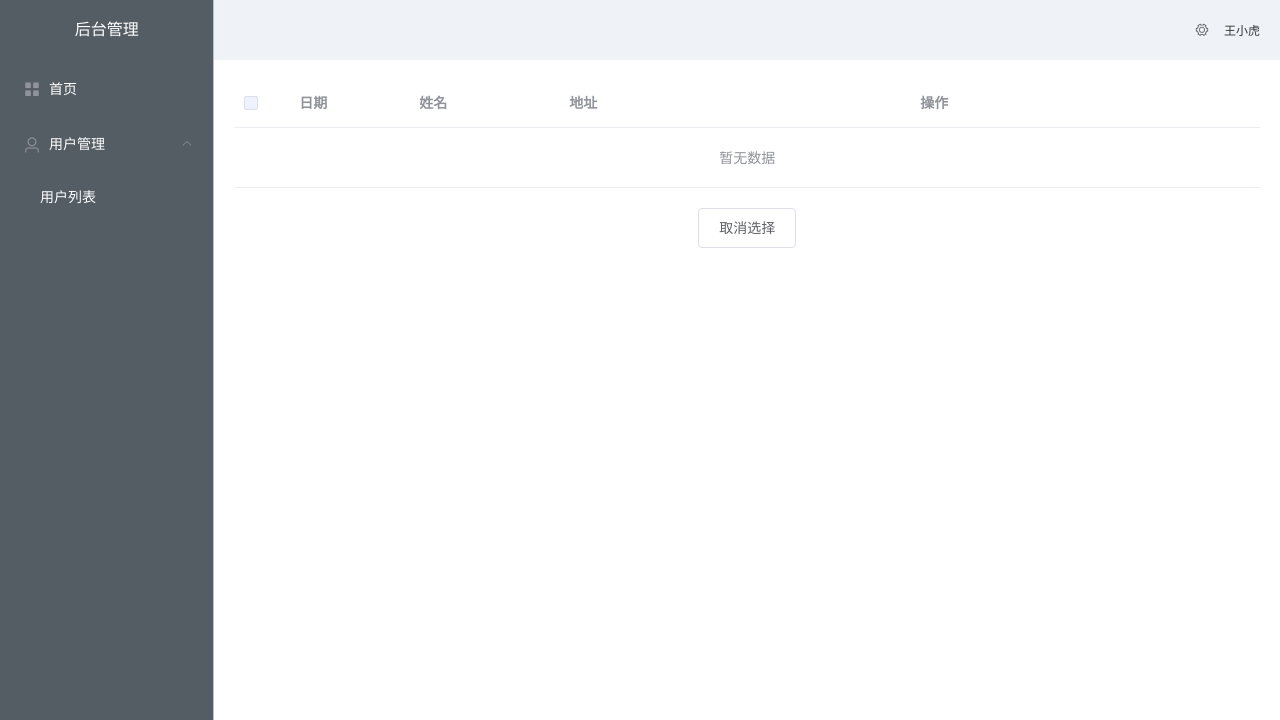
Repository: cmw520520/admin_vue
Page: /#/user/userlist
The author's editor kept a copy of each file at every save. The page is drawn from the files as they stood at one save, then again after the next save.
The browser window is 1280 px wide. The pictures show the whole page.
The page's requests for data from a server got no answer. The project was rebuilt for these pictures with package versions that can differ from the ones it lists, and the page was loaded fresh each time. No one was signed in, and anything a server would have sent is missing. Also part of the build but not shown: src/page/home/Home.vue, example/Echart.vue.

Above is the page before, as saved 2019-07-03 10:21:34.

### index.html
<!DOCTYPE html>
<html>
  <head>
    <meta charset="utf-8">
    <meta name="viewport" content="width=device-width,initial-scale=1.0">
    <title>cmw</title>
  </head>
  <body>
    <div id="app"></div>
    <!-- built files will be auto injected -->
  </body>
</html>

### src/main.js
// The Vue build version to load with the `import` command
// (runtime-only or standalone) has been set in webpack.base.conf with an alias.
import Vue from 'vue'
import App from './App'
import router from './router'
import ElementUI from 'element-ui'
import 'element-ui/lib/theme-chalk/index.css'
import store from './store/index'
import axios from 'axios'

Vue.config.productionTip = false

axios.defaults.baseURL = '/api/'

Vue.use(ElementUI)

/* eslint-disable no-new */
new Vue({
  el: '#app',
  router,
  store,
  components: { App },
  template: '<App/>'
})

### src/App.vue
<template>
  <div id="app">
    <!-- <img src="./assets/logo.png"> -->
    <router-view/>
  </div>
</template>

<script>
export default {
  name: 'App'
}
</script>

<style>
#app {
  font-family: 'Avenir', Helvetica, Arial, sans-serif;
  -webkit-font-smoothing: antialiased;
  -moz-osx-font-smoothing: grayscale;
  text-align: center;
  color: #2c3e50;
  width: 100%;
  height: 100%;
  /* margin-top: 60px; */
}

body, html {
  margin: 0;
  padding: 0;
  height: 100%;
  width: 100%;
}
</style>

### src/router/index.js
import Vue from 'vue'
import Router from 'vue-router'
// import HelloWorld from '@/components/HelloWorld'
import Manage from '@/page/Manage'
import Home from '@/page/home/Home'
import UserList from '@/page/user/UserList'
import Echart from '../../example/Echart'

Vue.use(Router)

export default new Router({
  routes: [
    {
      path: '/',
      name: '',
      component: Manage,
      children: [
        {
          path: '',
          component: Home,
          meta: []
        },
        {
          path: '/user/userlist',
          component: UserList,
          meta: []
        },
        {
          path: '/example/echart',
          component: Echart,
          meta: ['图表']
        }
      ]
    }
  ]
})

### src/store/index.js
import Vue from 'vue'
import Vuex from 'vuex'
import user from './user/index'

Vue.use(Vuex)

const store = new Vuex.Store({
  modules: {
    user
  }
})

export default store

### src/page/Manage.vue
<template>
  <el-container style="height: 100%;">
    <el-col :span="4" style="background-color: rgb(84, 92, 100);overflow:hidden;">
      <el-col>
        <div class="logo">后台管理</div>
      </el-col>
      <el-col>
        <el-slider></el-slider>
      </el-col>
    </el-col>

    <el-col :span="20" style="border-left: 1px solid #b3c0d1;overflow: auto;overflow-scrolling: touch;">
      <el-header style="text-align: right; font-size: 12px">
        <el-dropdown>
          <i class="el-icon-setting" style="margin-right: 15px"></i>
          <el-dropdown-menu slot="dropdown">
            <el-dropdown-item>查看</el-dropdown-item>
            <el-dropdown-item>新增</el-dropdown-item>
            <el-dropdown-item>删除</el-dropdown-item>
          </el-dropdown-menu>
        </el-dropdown>
        <span>王小虎</span>
      </el-header>

      <el-main>
        <transition name="fade" mode="out-in">
            <router-view></router-view>
        </transition>
      </el-main>
    </el-col>
  </el-container>
</template>

<script>
import slider from '@/components/Slider'

export default {
  name: 'manage',
  components: {
    'el-slider': slider
  }
}
</script>

<style scope>
.el-header {
  background-color: #EFF2F7;
  color: #333;
  line-height: 60px;
}

.el-aside {
  color: #333;
}

.fade-enter-active, .fade-leave-active {
    transition: opacity 0.5s, transform 0.5s;
}

.fade-enter, .fade-leave-to {
    opacity: 0;
}

/* 导航logo S */
.logo {
    height: 60px;
    line-height: 60px;
    color: #fff;
}
/* 导航logo E */
</style>

### src/page/user/UserList.vue
<template>
    <el-row>
      <el-col>
        <el-table
        ref="singleTable"
        v-if="userList"
        :data="userList"
        stripe
        highlight-current-row
        @current-change="handleCurrentChange"
        style="width:100%;">
            <el-table-column
              type="selection"
              width="55">
            </el-table-column>
            <el-table-column
            prop="date"
            label="日期"
            width="120"
            ></el-table-column>
            <el-table-column
            prop="name"
            label="姓名"
            width="150">
            </el-table-column>
            <el-table-column
            prop="address"
            label="地址">
            </el-table-column>
            <el-table-column
            label="操作">
            <template
            slot-scope="scope">
              <el-button
                size="mini"
                @click="handleEdit(scope.$index, scope.row)"
              >编辑</el-button>
              <el-button
                size="mini"
                type="danger"
                @click="handleDelete(scope.$index, tableData)"
              >删除</el-button>
            </template>
          </el-table-column>
        </el-table>

        <div style="margin-top: 20px">
          <!-- <el-button @click="setCurrent(tableData[1])">选中第二行</el-button> -->
          <el-button @click="setCurrent()">取消选择</el-button>
        </div>

      </el-col>
    </el-row>

</template>

<script>
import {mapState} from 'vuex'
import {user} from '../../store/user/index'

export default {
  name: 'userlist',
  data () {
    return {
      currentRow: null
    }
  },
  computed: {
    ...mapState({// 将状态映射至vue组件上，使其可通过this访问
      userList: state => user.state.userList
    })
  },
  mounted () {
    this.getUserList()
  },
  methods: {
    getUserList () {
      this.$store.dispatch('GETUSERLIST')
    },
    setCurrent (row) {
        this.$refs.singleTable.setCurrentRow(row)
    },
    handleCurrentChange (val) {
      this.currentRow = val
    }
  }
}
</script>

<style scope>

</style>

### src/store/user/index.js
import * as types from './types'
import http from '../../utils/http'

export const user = {
  state: {
    userList: []
  },
  actions: {
    [types.GETUSERLIST] (context, params) {
      http.fetch('user/userlist', params).then(data => {
        context.commit(types.GETUSERLIST, data)
      })
    }
  },
  mutations: {
    [types.GETUSERLIST] (state, data) {
      state.userList = data.data
    }
  }
}

export default user

### src/components/Slider.vue
<template>
  <el-menu :default-openeds="['1', '3']"
    background-color="rgb(84, 92, 100)"
    text-color="#fff"
    active-text-color="#fff"
    style="border:none;text-align:left;"
    router>
    <label v-for="(item, index) in navMenu" :key="index">
      <el-menu-item v-if="item.isHeader" :index="item.component">
        <i :class=item.icon></i>
        <span slot="title">{{ item.name }}</span>
      </el-menu-item>

      <el-submenu v-else :index="String(index)">
        <template slot="title">
          <i :class=item.icon></i>{{ item.name }}
        </template>
        <el-menu-item v-for="(item2, index2) in item.children" :key="index2" :index="item2.component">{{ item2.name }}</el-menu-item>
      </el-submenu>
    </label>
  </el-menu>
</template>

<script>
export default {
  name: 'slider',
  data () {
    return {
      navMenu: [
        {
          isHeader: true,
          name: '首页',
          icon: 'el-icon-menu',
          component: '/'
        },
        {
          name: '用户管理',
          icon: 'el-icon-user',
          children: [
            {
              name: '用户列表',
              component: '/user/userlist'
            }
          ]
        }
      ]
    }
  }
}
</script>

<style>
</style>

### src/store/user/types.js
export const GETUSERLIST = 'GETUSERLIST'

### src/utils/http.js
import axios from 'axios'
import qs from 'qs'
import Vue from 'vue'

const vue = new Vue()
// axios.defaults.headers.post['Content-Type'] = 'application/x-www-form-urlencoded; chartset=UTF-8'

export default {
  fetch (path, params) {
    if (!(params instanceof FormData)) {
      params = qs.stringify(params)
    }
    return axios.post(path, params).then(function (rep) {
      let data = rep.data
      if (data.code && data.code !== 1) {
        vue.$message({
          showClose: true,
          message: data.message,
          type: 'error'
        })
        return Promise.reject(data)
      }
      return data
    })
  }
}

After the next save:
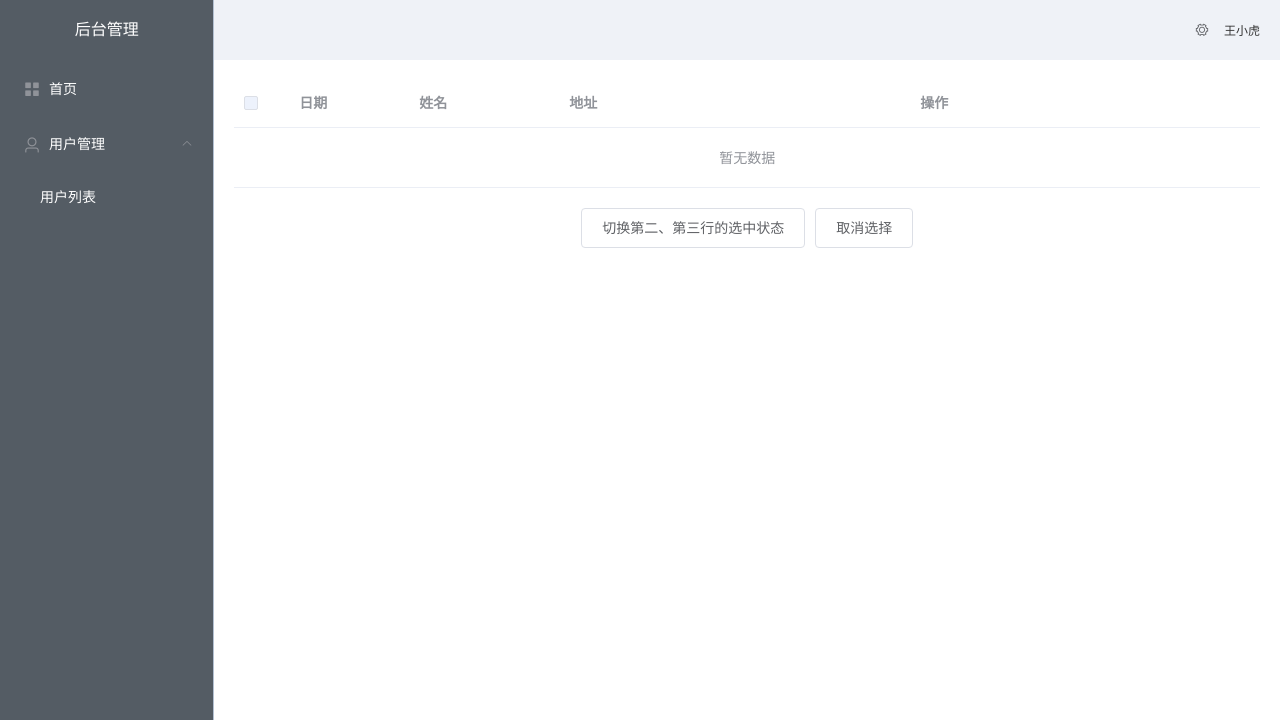
Saved 38 min 37 s later.
--- a/src/page/user/UserList.vue
+++ b/src/page/user/UserList.vue
@@ -2,12 +2,11 @@
     <el-row>
       <el-col>
         <el-table
-        ref="singleTable"
+        ref="multipleTable"
         v-if="userList"
         :data="userList"
         stripe
-        highlight-current-row
-        @current-change="handleCurrentChange"
+        @selection-change="handleSelectionChange"
         style="width:100%;">
             <el-table-column
               type="selection"
@@ -45,8 +44,8 @@
         </el-table>
 
         <div style="margin-top: 20px">
-          <!-- <el-button @click="setCurrent(tableData[1])">选中第二行</el-button> -->
-          <el-button @click="setCurrent()">取消选择</el-button>
+          <el-button @click="toggleSelection([tableData[1], tableData[2]])">切换第二、第三行的选中状态</el-button>
+          <el-button @click="toggleSelection()">取消选择</el-button>
         </div>
 
       </el-col>
@@ -62,7 +61,7 @@
   name: 'userlist',
   data () {
     return {
-      currentRow: null
+      multipleSelection: []
     }
   },
   computed: {
@@ -77,11 +76,17 @@
     getUserList () {
       this.$store.dispatch('GETUSERLIST')
     },
-    setCurrent (row) {
-        this.$refs.singleTable.setCurrentRow(row)
+    toggleSelection(rows) {
+      if (rows) {
+        rows.forEach(row => {
+          this.$refs.multipleTable.toggleRowSelection(row);
+        });
+      } else {
+        this.$refs.multipleTable.clearSelection();
+      }
     },
-    handleCurrentChange (val) {
-      this.currentRow = val
+    handleSelectionChange(val) {
+      this.multipleSelection = val;
     }
   }
 }

After the save that followed:
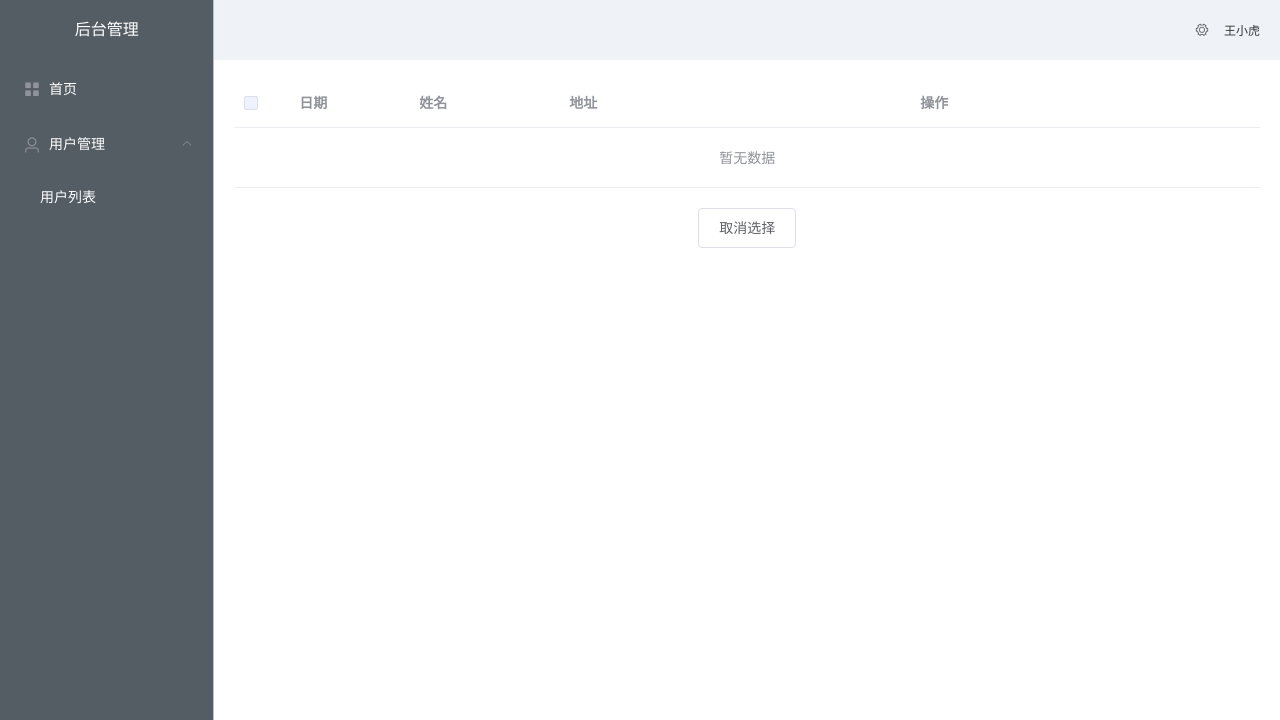
Saved 29 s later.
--- a/src/page/user/UserList.vue
+++ b/src/page/user/UserList.vue
@@ -44,7 +44,6 @@
         </el-table>
 
         <div style="margin-top: 20px">
-          <el-button @click="toggleSelection([tableData[1], tableData[2]])">切换第二、第三行的选中状态</el-button>
           <el-button @click="toggleSelection()">取消选择</el-button>
         </div>
 
@@ -76,17 +75,8 @@
     getUserList () {
       this.$store.dispatch('GETUSERLIST')
     },
-    toggleSelection(rows) {
-      if (rows) {
-        rows.forEach(row => {
-          this.$refs.multipleTable.toggleRowSelection(row);
-        });
-      } else {
-        this.$refs.multipleTable.clearSelection();
-      }
-    },
     handleSelectionChange(val) {
-      this.multipleSelection = val;
+      this.multipleSelection = val
     }
   }
 }
